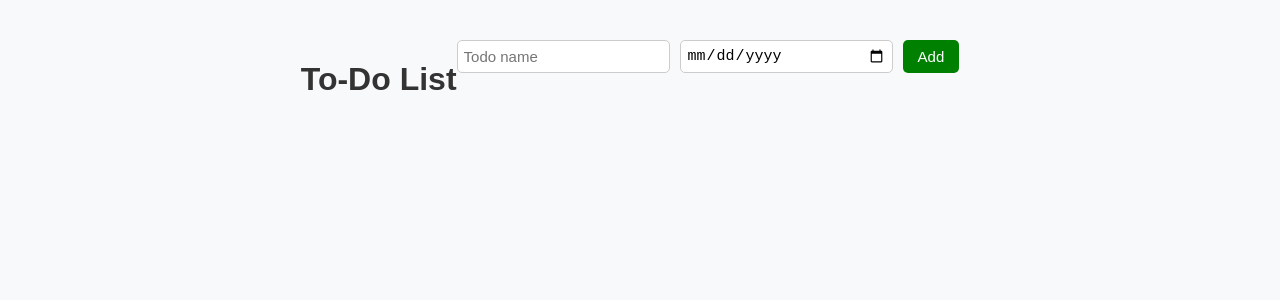
Repository: hawamubarakk/To-Do-list-
Page: 11-to-do-list.html
An editor plug-in stored every save of this project. The page is shown before and after the next save, followed by the edit.
The browser window is 1280 px wide. The pictures show the whole page.

Above is the page before, as saved 2025-08-17 15:28:16.

### 11-to-do-list.html
<!DOCTYPE html>
<html lang="en">
<head>
  <meta charset="UTF-8">
  <meta name="viewport" content="width=device-width, initial-scale=1.0">
  <title>To-Do List App</title>
  <link rel="stylesheet" href="11-to-do-list.css">
</head>
<body>
  <h1>To-Do List</h1>

  <!-- Input Section -->
  <div class="todo-input-grid">
    <input type="text" placeholder="Todo name" class="js-name-input name-input">
    <input type="date" class="js-due-date-input due-date-input">
    <button onclick="addTodo()" class="add-todo-button">Add</button>
  </div>

  <!-- Todo List Section -->
  <div class="todo-grid js-todo-list"></div>

  <script src="11-to-do-list.js"></script>
</body>
</html>

### 11-to-do-list.css
/* Global Styles */
body {
  font-family: Arial, sans-serif;
  background: #f8f9fa;
  margin: 40px;
  display: flex;
  justify-content: center;
  align-items: flex-start;
}

/* Heading */
h1 {
  text-align: center;
  margin-bottom: 20px;
  color: #333;
}

/* Main Container */
.todo-container {
  background: #fff;
  padding: 20px;
  border-radius: 10px;
  box-shadow: 0 4px 8px rgba(0,0,0,0.1);
  width: 400px;
}

/* Input and Task Grid */
.todo-grid,
.todo-input-grid {
  display: grid;
  grid-template-columns: 1fr 1fr auto;
  gap: 10px;
  margin-bottom: 10px;
}

.name-input,
.due-date-input {
  font-size: 15px;
  padding: 6px;
  border: 1px solid #ccc;
  border-radius: 5px;
}

/* Buttons */
.add-todo-button,
.delete-todo-button {
  border: none;
  font-size: 15px;
  cursor: pointer;
  border-radius: 5px;
  padding: 8px 15px;
  color: #fff;
  transition: background 0.3s ease, transform 0.2s ease;
}

.add-todo-button {
  background-color: green;
}

.add-todo-button:hover {
  background-color: darkgreen;
  transform: scale(1.05);
}

.delete-todo-button {
  background-color: darkred;
}

.delete-todo-button:hover {
  background-color: crimson;
  transform: scale(1.05);
}

/* Task Rows */
.todo-row {
  display: contents;
}

.completed {
  text-decoration: line-through;
  color: gray;
}

/* Responsive Design */
@media (max-width: 500px) {
  .todo-grid,
  .todo-input-grid {
    grid-template-columns: 1fr;
  }

  .add-todo-button,
  .delete-todo-button {
    width: 100%;
  }
}

### 11-to-do-list.js
const todoList = [];

function renderTodoList() {
  let todoListHTML = '';

  for (let i = 0; i < todoList.length; i++) {
    const todoObject = todoList[i];
    const { name, dueDate } = todoObject;

    const html = `
      <div class="todo-row">
        <div>${name}</div>
        <div>${dueDate || "-"}</div>
        <button onclick="
          todoList.splice(${i}, 1);
          renderTodoList();
        " class="delete-todo-button">Delete</button>
      </div>
    `;
    todoListHTML += html;
  }

  document.querySelector('.js-todo-list').innerHTML = todoListHTML;
}

function addTodo() {
  const inputElement = document.querySelector('.js-name-input');
  const name = inputElement.value.trim();

  const dateInputElement = document.querySelector('.js-due-date-input');
  const dueDate = dateInputElement.value;

  if (!name) {
    alert("Please enter a task");
    return;
  }

  todoList.push({ name, dueDate });

  inputElement.value = '';
  dateInputElement.value = '';

  renderTodoList();
}

After the next save:
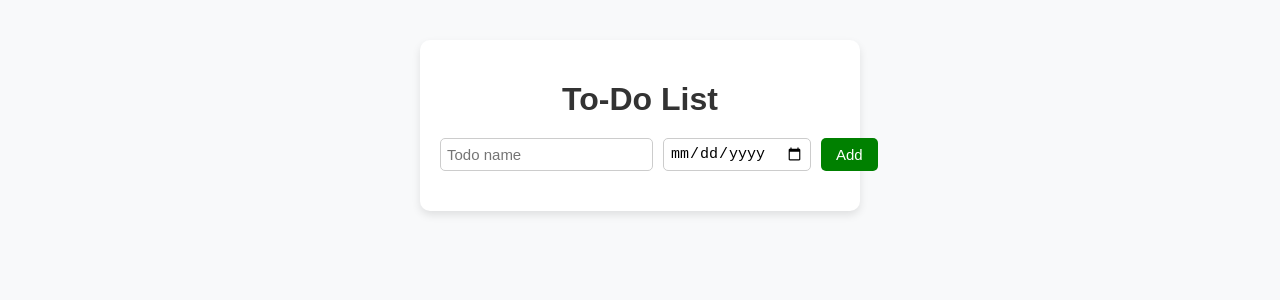
Saved 8 min 47 s later.
--- a/11-to-do-list.html
+++ b/11-to-do-list.html
@@ -7,17 +7,19 @@
   <link rel="stylesheet" href="11-to-do-list.css">
 </head>
 <body>
-  <h1>To-Do List</h1>
+  <div class="todo-container">
+    <h1>To-Do List</h1>
 
-  <!-- Input Section -->
-  <div class="todo-input-grid">
-    <input type="text" placeholder="Todo name" class="js-name-input name-input">
-    <input type="date" class="js-due-date-input due-date-input">
-    <button onclick="addTodo()" class="add-todo-button">Add</button>
+    <!-- Input Section -->
+    <div class="todo-input-grid">
+      <input type="text" placeholder="Todo name" class="js-name-input name-input">
+      <input type="date" class="js-due-date-input due-date-input">
+      <button class="add-todo-button" onclick="addTodo()">Add</button>
+    </div>
+
+    <!-- Todo List Section -->
+    <div class="todo-grid js-todo-list"></div>
   </div>
-
-  <!-- Todo List Section -->
-  <div class="todo-grid js-todo-list"></div>
 
   <script src="11-to-do-list.js"></script>
 </body>
